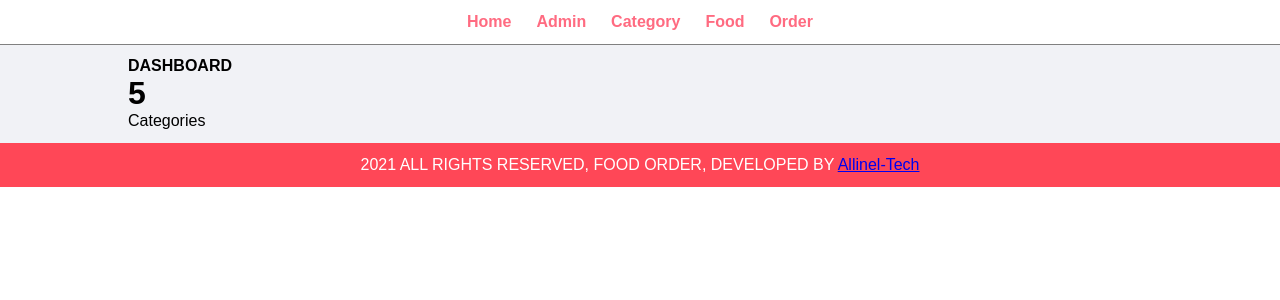
Repository: yazshrilld/food_order
Page: http://localhost/admin/index.php
The author's editor kept a copy of each file at every save. The page is drawn from the files as they stood at one save, then again after a run of saves.
The browser window is 1280 px wide. The pictures show the whole page.
The page is run by PHP 8.4 with error messages shown; the project is at /var/www/html/.

Above is the page before, as saved 2021-01-24 16:36:42.

### admin/index.php
    <html>
    <head>
        <title>Food Order Website - Home Page</title>
        <link rel="stylesheet" href="../css/admin.css">
    </head>
    <body>
        <!-- Menu Section Starts -->
            <div class="menu text-center">
                <div class="wrapper">
                    <ul>
                        <li><a href="">Home</a></li>
                        <li><a href="">Admin</a></li>
                        <li><a href="">Category</a></li>
                        <li><a href="">Food</a></li>
                        <li><a href="">Order</a></li>
                    </ul>
                </div>
            </div>
        <!-- Menu Section Ends -->

        <!-- Main Content Section Starts -->
            <div class="main-content">
                <div class="wrapper">
                    <strong>DASHBOARD</strong>
                    <div class="col-4">
                        <h1>5</h1>
                        Categories
                    </div>
                </div>
            </div>
        <!-- Main Content Section Ends -->

        <!-- Footer Section Starts -->
            <div class="footer">
                <div class="wrapper">
                    <p class="text-center">2021 ALL RIGHTS RESERVED, FOOD ORDER, DEVELOPED BY <a href="#">Allinel-Tech</a></p>
                </div>
            </div>
        <!-- Footer Section Ends -->

    </body>
</html>

### css/admin.css
/*
    Author: Musa Yazid
    Theme: Food Order Website Admin
    Version: 1.0
*/

* {
    margin: 0;
    padding: 0;
    font-family: Arial, Helvetica, sans-serif;
}

.wrapper {
    padding: 1%;
    width: 80%;
    margin: 0 auto;
}

.text-center {
    text-align: center;
}
/* CSS for Menu */
.menu {
    border-bottom: 1px solid grey;
}
.menu ul {
    list-style-type: none;
}
.menu ul li {
    display: inline;
    padding: 1%;
}
.menu ul li a {
    text-decoration: none;
    font-weight: bold;
    color: #ff6b81;
}
.menu ul li a:hover {

    color: #ff4757;
}

/* CSS for main-content */

.main-content {
    background-color: #f1f2f6;
}
.col-4 {
    width: ;
    background-color: ;
    margin: ;
}

/* CSS for footer */
.footer {
    background-color: #ff4757;
    color: white;
}

After the next 2 saves:
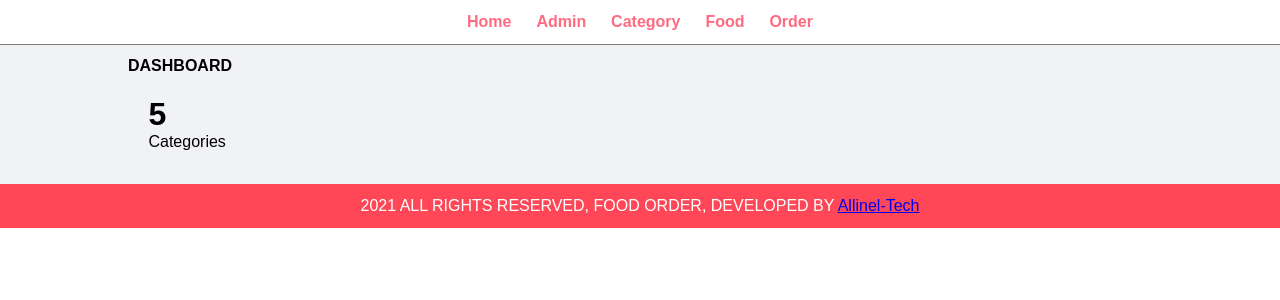
The 2 saves are shown as one change because they came seconds apart.
The last was saved 8 s later.
--- a/css/admin.css
+++ b/css/admin.css
@@ -48,7 +48,7 @@
 .col-4 {
     width: ;
     background-color: ;
-    margin: ;
+    margin: 2%;
 }
 
 /* CSS for footer */
